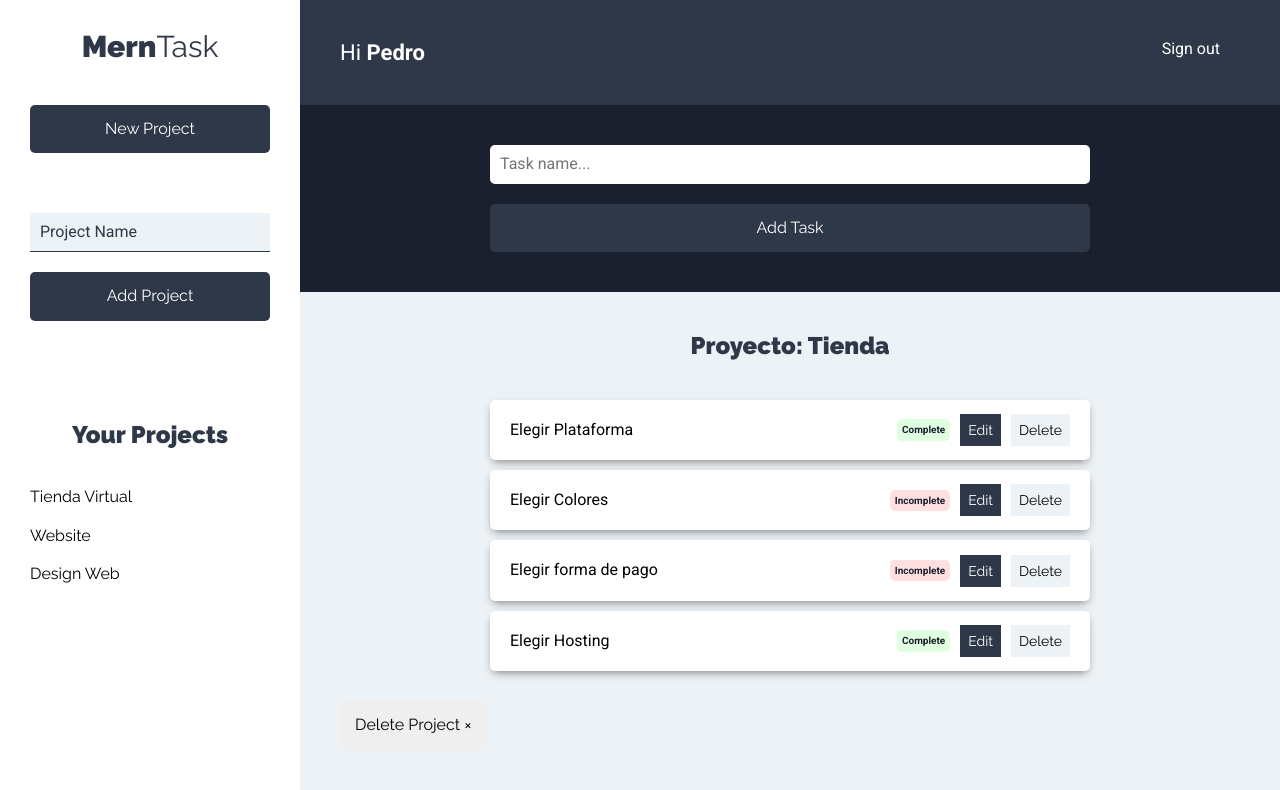
Repository: ppfeliuu/MERN-Task-Client
Page: /projects
These files come from the project's save history. The page is drawn as it stood at one moment and after the next save; the edit follows.
The browser window is 1280 px wide. The pictures show the whole page.
The project was rebuilt for these pictures with package versions that can differ from the ones it lists, and the page was loaded fresh each time. Also part of the build but not shown: src/components/auth/Login.js, src/components/auth/NewAccount.js.

Above is the page before, as saved 2020-02-16 12:44:46.

### src/App.js
import React from 'react';
import { BrowserRouter as Router, Switch, Route } from 'react-router-dom';
import Login from './components/auth/Login';
import NewAccount from './components/auth/NewAccount';
import Projects from './components/projects/Projects';

function App() {
  return (
    <Router>
      <Switch>
        <Route exact path="/" component={Login} />
        <Route exact path="/new-account" component={NewAccount} />
        <Route exact path="/projects" component={Projects} />
      </Switch>
    </Router>
  );
}

export default App;

### src/components/projects/Projects.js
import React from "react";
import Sidebar from "../layout/Sidebar";
import Bar from "../layout/Bar";
import FormTask from "../task/FormTask";
import ListTasks from "../task/ListTasks";

const Projects = () => {
  return (
    <div className="contenedor-app">
      <Sidebar />

      <div className="seccion-principal">
        <Bar />
        <main>
          <FormTask />
          <div className="contenedor-tareas">
            <ListTasks />
          </div>
        </main>
      </div>
    </div>
  );
};

export default Projects;

### src/components/layout/Sidebar.js
import React from 'react';
import NewProject from '../projects/NewProject';
import ListProjects from '../projects/ListProjects';

const Sidebar = () => {
    return (
        <aside>
            <h1>Mern<span>Task</span></h1>
            <NewProject />

            <div className="proyectos">
                <h2>Your Projects</h2>

                <ListProjects />
            </div>
        </aside>
    )
}

export default Sidebar

### src/components/layout/Bar.js
import React from 'react'

const Bar = () => {
    return (
        <div>
          <header className="app-header">
              <p className="nombre-usuario">Hi <span>Pedro</span></p>

              <nav className="nav-principal">
                  <a href="#!">Sign out</a>
              </nav>
              </header>
        </div>
    )
}

export default Bar

### src/components/task/FormTask.js
import React from 'react'

const FormTask = () => {
    return (
        <div className="formulario">
            <form>
                <div className="contenedor-input">
                    <input type="text"
                    className="input-text"
                    placeholder="Task name..."
                    name="nameTask"
                    />
                </div>

                <div className="contenedor-input">
                    <input type="submit"
                    className="btn btn-primario btn-submit btn-block"
                    value="Add Task"
                    />
                </div>
            </form>
        </div>
    )
}

export default FormTask

### src/components/task/ListTasks.js
import React from "react";
import Task from "./Task";

const ListTasks = () => {
  const task = [
    {
      name: "Elegir Plataforma",
      estado: true
    },
    {
      name: "Elegir Colores",
      estado: false
    },
    {
      name: "Elegir forma de pago",
      estado: false
    },
    {
      name: "Elegir Hosting",
      estado: true
    }
  ];

  return (
    <>
      <h2>Proyecto: Tienda</h2>

      <ul className="listado-tareas">
        {task.length === 0 ? (
          <li className="tarea">
            <p>No Tasks</p>
          </li>
        ) : (
          task.map(t => <Task task={t} />)
        )}
      </ul>
      <button type="button" className="btn btn-eliminar">Delete Project &times;</button>
    </>
  );
};

export default ListTasks;

### src/components/projects/NewProject.js
import React, { Fragment, useState } from 'react'

const NewProject = () => {

    // State for project
    const [project, setProject] = useState({
        name: ''
    });

    const { name } = project;

    const onChangeProject = e => {
        setProject({
            ...project,
            [e.target.name] : e.target.value
        })
    }

    const onSubmitProject = e => {
        e.preventDefault();

        //valid project

        // add state

        //reset form
    }

    return (
        <Fragment>
            <button type="button" className="btn btn-block btn-primario">New Project</button>

            <form className="formulario-nuevo-proyecto">
                <input type="text" className="input-text" placeholder="Project Name" name="name" value={name} onChange={onChangeProject} />
                <input type="submit" className="btn btn-block btn-primario" value="Add Project" onSubmit={onSubmitProject}/>
            </form>
        </Fragment>
    )
}

export default NewProject

### src/components/projects/ListProjects.js
import React from 'react'
import Project from './Project'

const ListProjects = () => {

    const projects = [
        {name: 'Tienda Virtual'},
        {name: 'Website'},
        {name: 'Design Web'},
    ]
    return (
        <ul className="listado-proyectos">
            {projects.map(project => (
                <Project project={project} />
            ))}
        </ul>
    )
}

export default ListProjects

### src/components/task/Task.js
import React from "react";

const Task = ({ task }) => {
  return (
    <li className="tarea sombra">
      <p>{task.name}</p>

      <div className="estado">
        {task.estado ? (
          <button type="button" className="completo">
            Complete
          </button>
        ) : (
            <button type="button" className="incompleto">
            Incomplete
          </button>
        )}
      </div>

      <div className="acciones">
          <button type="button" className="btn btn-primario">Edit</button>
          <button type="button" className="btn btn-secundario">Delete</button>
      </div>
    </li>
  );
};

export default Task;

### src/components/projects/Project.js
import React from 'react'

const Project = ({project}) => {
    return (
        <li>
            <button type="button" className="btn btn-blank">
                {project.name}
            </button>
        </li>
    )
}

export default Project

Loaded but not shown: public/index.html (common file); src/index.js (common file); src/index.css (common file); src/serviceWorker.js (common file)

After the next save:
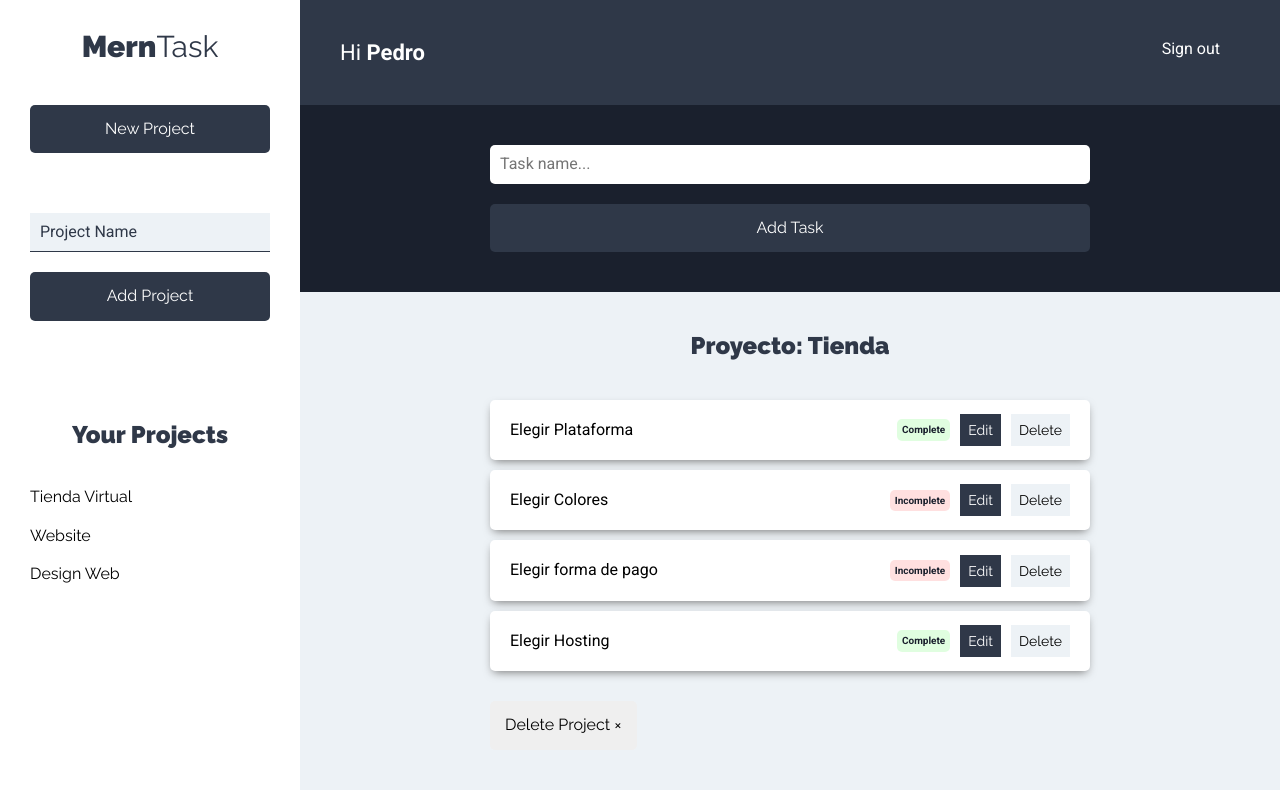
Saved 10 s later.
--- a/src/components/task/ListTasks.js
+++ b/src/components/task/ListTasks.js
@@ -33,8 +33,10 @@
         ) : (
           task.map(t => <Task task={t} />)
         )}
+        <button type="button" className="btn btn-eliminar">
+          Delete Project &times;
+        </button>
       </ul>
-      <button type="button" className="btn btn-eliminar">Delete Project &times;</button>
     </>
   );
 };

After the 2 saves that followed:
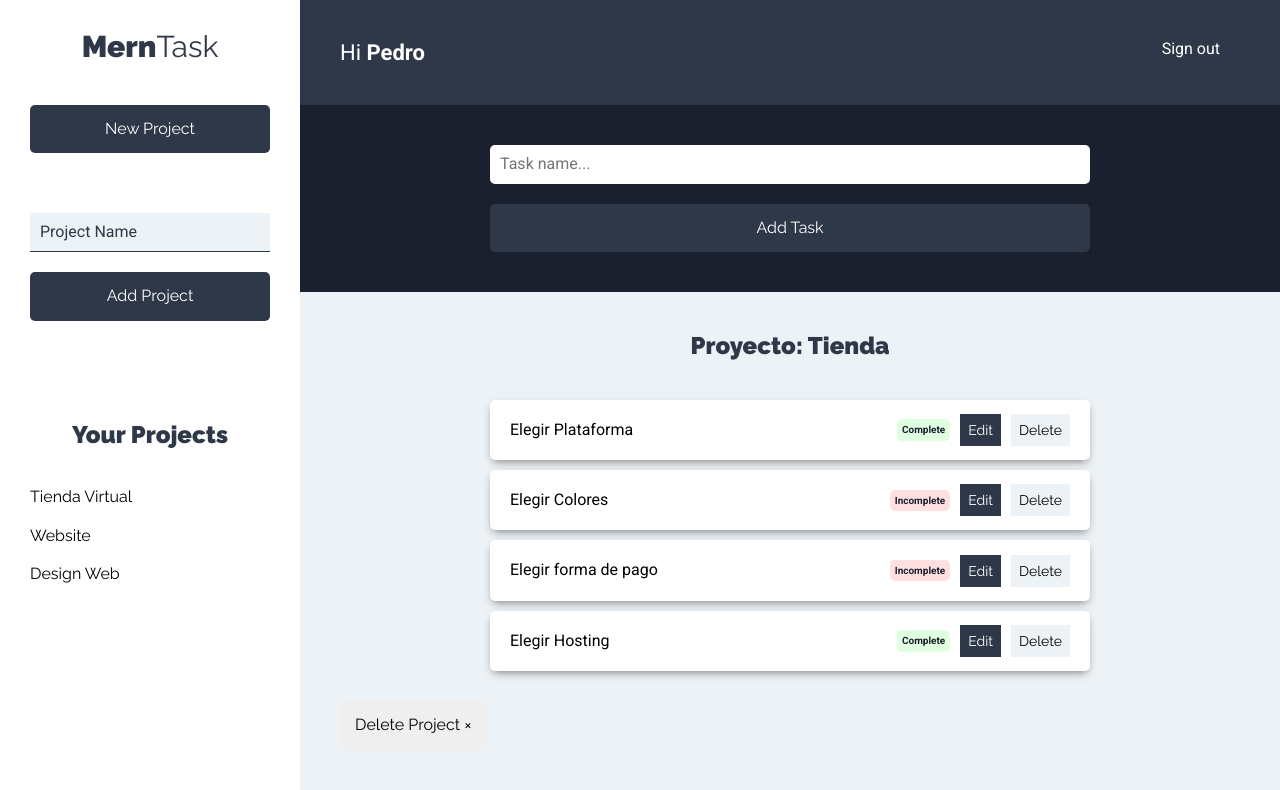
The 2 saves are shown as one change because they came seconds apart.
The last was saved 11 s later.
--- a/src/components/task/ListTasks.js
+++ b/src/components/task/ListTasks.js
@@ -33,10 +33,10 @@
         ) : (
           task.map(t => <Task task={t} />)
         )}
-        <button type="button" className="btn btn-eliminar">
-          Delete Project &times;
-        </button>
       </ul>
+      <button type="button" className="btn btn-eliminar">
+        Delete Project &times;
+      </button>
     </>
   );
 };
